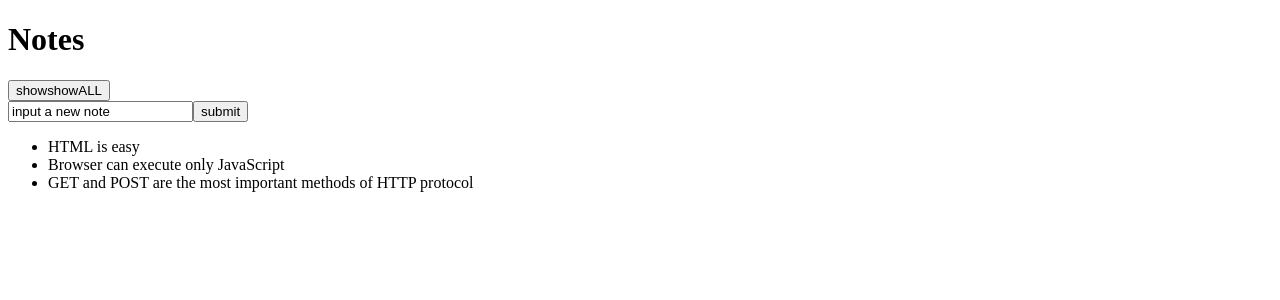
Repository: 2Lavine/fullstack
Page: / (app in part2/)
The author's editor kept a copy of each file at every save. The page is drawn from the files as they stood at one save, then again after the next save.
The browser window is 1280 px wide. The pictures show the whole page.
The project was rebuilt for these pictures with package versions that can differ from the ones it lists, and the page was loaded fresh each time. Requests to the local data server were answered from the project's data file.

Above is the page before, as saved 2020-09-06 13:47:47.

After the next save:
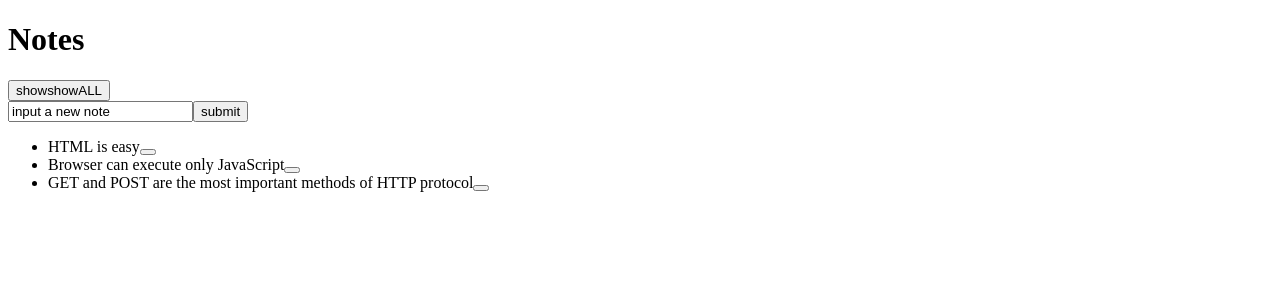
Saved 103 s later.
--- a/part2/src/components/Note.js
+++ b/part2/src/components/Note.js
@@ -1,5 +1,10 @@
 import React from "react";
 
-const Note = ({ note }) => <li>{note.content}</li>;
+const Note = ({ note, toggleImportance }) => (
+  <li>
+    {note.content}
+    <button onClick={toggleImportance}></button>
+  </li>
+);
 
 export default Note;
